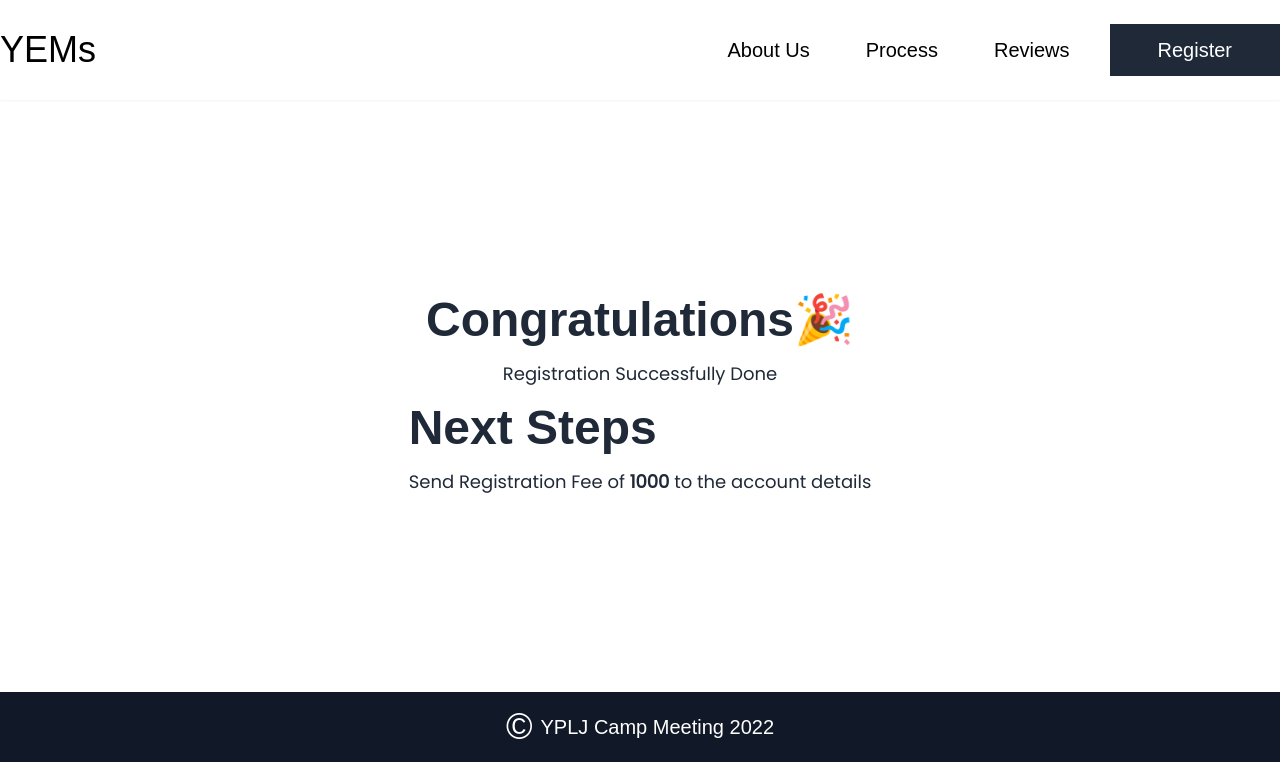
Repository: Ifenna-Pascal/user-camp-onboarding
Page: /dashboard
These files come from the project's save history. The page is drawn as it stood at one moment and after the next save; the edit follows.
The browser window is 1280 px wide. The pictures show the whole page.
Some web fonts or font styles are not loaded; a fallback is used. The project was rebuilt for these pictures with package versions that can differ from the ones it lists, and the page was loaded fresh each time. The framework's server and built-in components were replaced by stand-ins that run in the browser. Also part of the build but not shown: next.config.js.

Above is the page before, as saved 2022-11-27 08:13:24.

### pages/_app.js
import Mainlayout from "../components/layout";
import "../styles/globals.css";
import "remixicon/fonts/remixicon.css";

function MyApp({ Component, pageProps }) {
  return (
    <Mainlayout>
      <Component {...pageProps} />
    </Mainlayout>
  );
}

export default MyApp;

### pages/dashboard.jsx
import React from "react";

function Dashboard() {
  return (
    <div className="min-h-[80vh] flex  flex-col items-center justify-center">
      <h1 className="text-gray-800 text-center lg:text-left text-2xl lg:text-5xl font-semibold font-sono block ">
        Congratulations🎉
      </h1>
      <p className="block text-base  lg:text-lg text-center font-poppins text-gray-800 leading-[30px] py-2 lg:py-4">
        Registration Successfully Done
      </p>
      <div>
        <h1 className="text-gray-800 text-center lg:text-left text-2xl lg:text-5xl font-semibold font-sono block ">
          Next Steps{" "}
        </h1>
        <p className="block text-base  lg:text-lg text-center font-poppins text-gray-800 leading-[30px] py-2 lg:py-4">
          Send Registration Fee of <strong>1000</strong> to the account details
        </p>
      </div>
    </div>
  );
}

export default Dashboard;

### components/layout/index.jsx
import React from "react";
import Footer from "./Footer";
import Nav from "./Nav";

function Mainlayout({ children }) {
  return (
    <div className="relative">
      <Nav />
      <main>{children}</main>
      <Footer />
    </div>
  );
}

export default Mainlayout;

### styles/globals.css
@import url('https://fonts.googleapis.com/css2?family=Poppins&family=Sono:wght@400;500&display=swap');
@import url('https://fonts.googleapis.com/css2?family=Montserrat&family=Source+Sans+Pro&display=swap');

* {
  padding: 0;
  margin: 0;
  box-sizing: border-box;
  scroll-behavior: smooth;
}

html,
body {
  padding: 0;
  margin: 0;
  font-family: -apple-system, BlinkMacSystemFont, Segoe UI, Roboto, Oxygen,
    Ubuntu, Cantarell, Fira Sans, Droid Sans, Helvetica Neue, sans-serif;
}

a {
  color: inherit;
  text-decoration: none;
}

* {
  box-sizing: border-box;
}

@media (prefers-color-scheme: dark) {
  html {
    color-scheme: dark;
  }
  body {
    color: white;
    background: black;
  }
}

@tailwind base;
@tailwind components;
@tailwind utilities;

### components/layout/Footer.jsx
import React from "react";

function Footer() {
  return (
    <div className="bg-gray-900 w-full h-[70px]  flex items-center justify-center">
      <p className="text-center flex items-center text-white font-sono text-xl">
        {" "}
        <span className="text-4xl mr-2">&copy;</span> YPLJ Camp Meeting 2022{" "}
      </p>
    </div>
  );
}

export default Footer;

### components/layout/Nav.jsx
import Link from "next/link";
import { useRouter } from "next/router";
import React, { useState } from "react";
import Button from "../general/Button";
import NavLink from "../general/NavLink";

function Nav() {
  const [show, setShow] = useState(false);
  const router = useRouter();
  const toggle = () => {
    setShow(!show);
  };
  return (
    <div className="lg:sticky  top-0 w-full shadow-sm mb-4 z-50 px-6 lg:px-0 bg-white">
      <nav className="w-full lg:py-6 py-5 flex items-center  lg:max-w-[1450px] lg:mx-auto justify-between">
        <Link href="/">
          {" "}
          <h1 className="font-sono text-2xl lg:text-4xl ">YEMs</h1>
        </Link>
        <ul className="lg:flex items-center hidden justify-between">
          <NavLink href="/#home" name="About Us" />
          <NavLink href="/#process" name="Process" />
          <NavLink href="/#reviews" name="Reviews" />
          <Link href="/register">
            <Button text="Register" />
          </Link>
        </ul>
        <button
          className='block md:hidden className="w-full px-2 py-1 rounded-lg text-AP-grey-200 hover:text-AP-blue-200 border-AP-grey-200 hover:border-AP-blue-400'
          onClick={toggle}
        >
          <i
            className={`${
              !show ? "ri-menu-3-fill duration-500" : "ri-close-line"
            } text-2xl text-gray-800`}
          />
        </button>
      </nav>
      <div
        className={`flex lg:hidden ${
          show
            ? "flex duration-500  flex-col items-center space-y-8 pt-2 "
            : "hidden"
        }`}
      >
        <NavLink href="/#home" name="About Us" />
        <NavLink href="/#process" name="Process" />
        <NavLink href="/#reviews" name="Reviews" />
        {/* {router.pathname !== "/register" && (
          <Link href="/register">
            <Button text="Register" onClick={() => setShow(false)} />
          </Link>
        )} */}
      </div>
    </div>
  );
}

export default Nav;

### components/general/Button.jsx
import React from "react";

function Button({ text, ...rest }) {
  return (
    <button
      className="bg-gray-800 px-12 py-3 hover:bg-white hover:text-black hover:border hover:border-black duration-500 hover:ease-in-out text-white font-sono text-xl"
      {...rest}
    >
      {text}
    </button>
  );
}

export default Button;

### components/general/NavLink.jsx
import Link from "next/link";
import React from "react";

function NavLink({ href, name }) {
  return (
    <Link href={href}>
      <span className="text-black px-4 text-xl font-sono mr-6 font-500">
        {name}
      </span>
    </Link>
  );
}

export default NavLink;

### tailwind.config.js
/** @type {import('tailwindcss').Config} */
module.exports = {
  content: [
    "./pages/**/*.{js,ts,jsx,tsx}",
    "./components/**/*.{js,ts,jsx,tsx}",
  ],

  theme: {
    extend: {
      fontFamily: {
        sono: ["Sono", "sans-serif"],
        poppins: ["Poppins", "sans-serif"],
        montserat: ["Montserrat", "sans-serif"],
      },
    },
  },
  plugins: [],
};

After the next save:
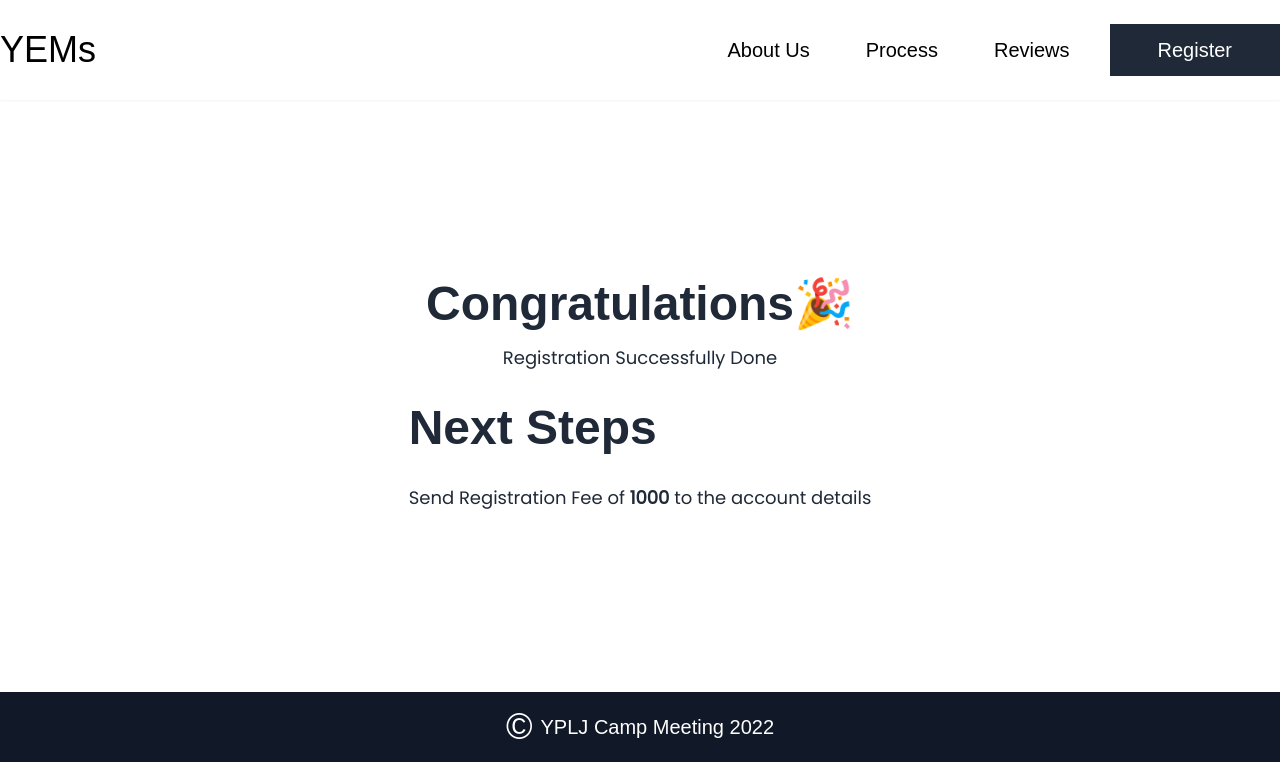
Saved 10 s later.
--- a/pages/dashboard.jsx
+++ b/pages/dashboard.jsx
@@ -10,7 +10,7 @@ function Dashboard() {
         Registration Successfully Done
       </p>
       <div>
-        <h1 className="text-gray-800 text-center lg:text-left text-2xl lg:text-5xl font-semibold font-sono block ">
+        <h1 className="text-gray-800 text-center py-4 lg:text-left text-2xl lg:text-5xl font-semibold font-sono block ">
           Next Steps{" "}
         </h1>
         <p className="block text-base  lg:text-lg text-center font-poppins text-gray-800 leading-[30px] py-2 lg:py-4">
